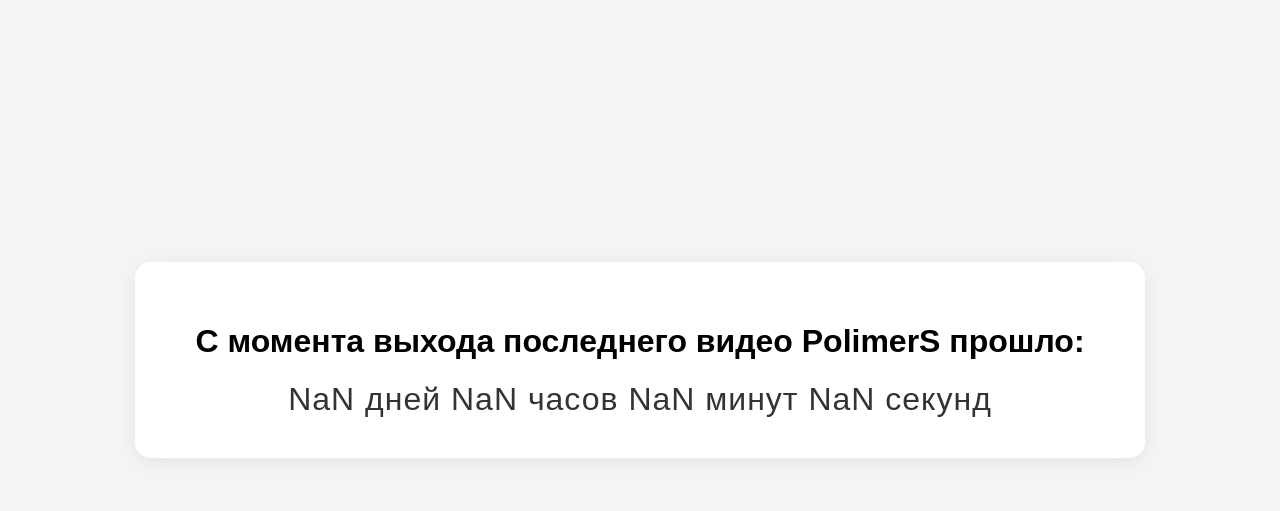
Repository: oncube-dev/OnCube-dev_website
Page: timer_from_Poli_video/app/templates/index.html
These files come from the project's save history. The page is drawn as it stood at one moment and after the next save; the edit follows.
The browser window is 1280 px wide. The pictures show the whole page.

Above is the page before, as saved 2025-07-18 01:07:22.

After the next save:
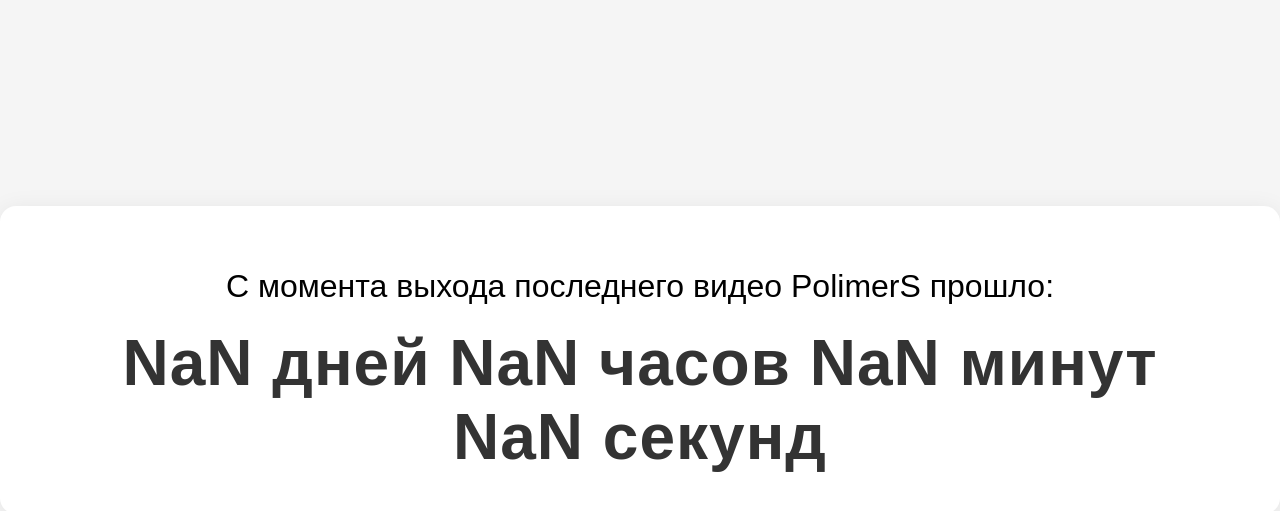
Saved 72 s later.
--- a/timer_from_Poli_video/app/static/style.css
+++ b/timer_from_Poli_video/app/static/style.css
@@ -17,8 +17,14 @@
     text-align: center;
 }
 
+.timer-container h1 {
+    font-size: 2rem;
+    font-weight: normal;
+}
+
 #timer {
-    font-size: 2rem;
+    font-size: 4rem;
+    font-weight: bold;
     margin-top: 20px;
     color: #333;
     letter-spacing: 1px;
